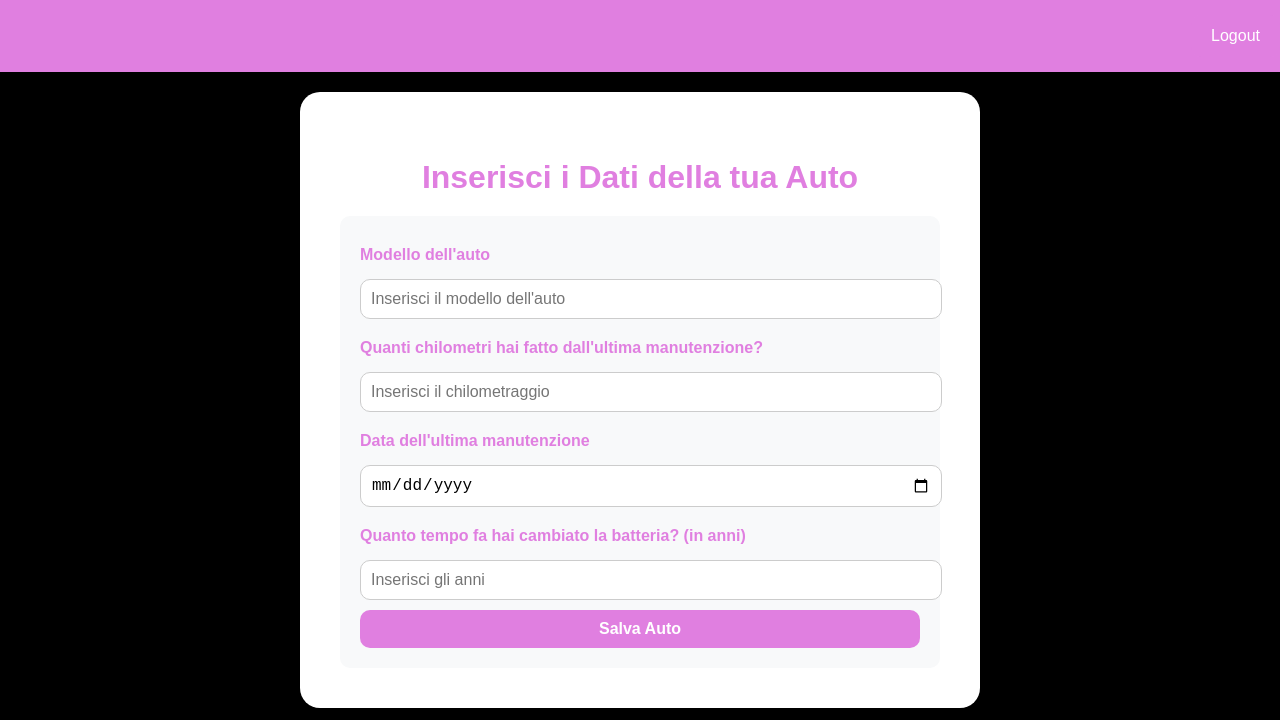
Repository: maxdl98/AppAuto
Page: http://localhost/index
An editor plug-in stored every save of this project. The page is shown before and after the next save, followed by the edit.
The browser window is 1280 px wide. The pictures show the whole page.
The page is this project's Thymeleaf template; nobody is signed in. The template is opened directly, without the code that normally fills it, so the values that code supplies are empty.

Above is the page before, as saved 2025-01-12 22:45:44.
Console error: TypeError: Cannot set properties of null (setting 'innerText')

### AutoApp/src/main/resources/templates/index.html
<!DOCTYPE html>
<html lang="it">

<head>
    <meta charset="UTF-8">
    <meta name="viewport" content="width=device-width, initial-scale=1.0">
    <title>Manutenzione Facile</title>
    <style>
        /* Stile generale */
        body {
            font-family: Arial, sans-serif;
            background-color: #000;
            margin: 0;
            padding: 0;
            display: flex;
            justify-content: center;
            align-items: center;
            height: 100vh;
            flex-direction: column;
            color: #fff;
        }

        /* Top bar */
        .topbar {
            width: 100%;
            background-color: #e07fe0;
            padding: 15px 20px;
            display: flex;
            justify-content: flex-end; /* Aggiustato per far stare a destra il logout */
            align-items: center;
            position: fixed;
            top: 0;
            left: 0;
            z-index: 10;
        }

        .topbar .logout-btn {
            background-color: #e07fe0;
            color: white;
            padding: 12px 20px;
            font-size: 1rem;
            border: none;
            border-radius: 10px;
            cursor: pointer;
            transition: background-color 0.3s;
            position: relative;
    right: 20px;
        }

        .topbar .logout-btn:hover {
            background-color: #c97bcd;
        }

        /* Contenitore principale */
        .container {
            background-color: #fff;
            padding: 40px;
            border-radius: 20px;
            box-shadow: 0 4px 8px rgba(0, 0, 0, 0.1);
            width: 100%;
            max-width: 600px; /* Modificato per essere più largo */
            text-align: center;
            margin-top: 80px;
        }

        .container h2 {
            margin-bottom: 20px;
            font-size: 2rem;
            color: #e07fe0;
        }

        .container p {
            color: #555;
            font-size: 1rem;
            margin-bottom: 30px;
        }

        /* Form di inserimento auto */
        .auto-form {
            text-align: left;
            margin-top: 20px;
            padding: 20px;
            background-color: #f8f9fa;
            border-radius: 10px;
        }

        .auto-form label {
            font-weight: bold;
            color: #e07fe0;
            display: block;
            margin: 10px 0 5px;
        }

        .auto-form input {
            width: 100%;
            padding: 10px;
            margin: 10px 0;
            border: 1px solid #ccc;
            border-radius: 10px;
            font-size: 1rem;
        }

        .auto-form button {
            width: 100%;
            padding: 10px;
            background-color: #e07fe0;
            border: none;
            border-radius: 10px;
            color: white;
            font-size: 1rem;
            font-weight: bold;
            cursor: pointer;
        }

        .auto-form button:hover {
            background-color: #c97bcd;
        }
    </style>
</head>

<body>
    <!-- Top bar -->
    <div class="topbar">
        <button id="logoutBtn" class="logout-btn">Logout</button>
    </div>

    <!-- Form per raccogliere i dati dell'auto -->
    <div class="container">
        <h2>Inserisci i Dati della tua Auto</h2>

        <div class="auto-form">
            <label for="model">Modello dell'auto</label>
            <input type="text" id="model" placeholder="Inserisci il modello dell'auto">

            <label for="mileage">Quanti chilometri hai fatto dall'ultima manutenzione?</label>
            <input type="number" id="mileage" placeholder="Inserisci il chilometraggio">

            <label for="maintenanceDate">Data dell'ultima manutenzione</label>
            <input type="date" id="maintenanceDate">

            <label for="batteryDuration">Quanto tempo fa hai cambiato la batteria? (in anni)</label>
            <input type="number" id="batteryDuration" placeholder="Inserisci gli anni">

            <button id="saveCarBtn">Salva Auto</button>
        </div>
    </div>

    <script>
        // Funzione per salvare i dati dell'auto
        document.getElementById('saveCarBtn').addEventListener('click', function () {
            const model = document.getElementById('model').value;
            const mileage = document.getElementById('mileage').value;
            const maintenanceDate = document.getElementById('maintenanceDate').value;
            const batteryDuration = document.getElementById('batteryDuration').value;

            if (!model || !mileage || !maintenanceDate || !batteryDuration) {
                alert("Per favore, compila tutti i campi.");
                return;
            }

            const userId = localStorage.getItem("userId");

            if (!userId) {
                alert("Devi essere loggato per salvare l'auto.");
                return;
            }

            fetch('http://localhost:8080/api/v1/automob', {
                method: 'POST',
                headers: { 'Content-Type': 'application/json' },
                body: JSON.stringify({
                    km_totali: mileage,
                    modello: model,
                    duratabatt: batteryDuration,
                    data: maintenanceDate,
                    utente: { id: userId }
                })
            })
                .then(response => response.json())
                .then(data => {
                    alert("Auto salvata con successo!");
                    const carId = data.id_auto;

                    return fetch('http://localhost:8080/api/v1/idauto/cambiobatt', {
                        method: 'PUT',
                        headers: { 'Content-Type': 'application/json' },
                        body: JSON.stringify({
                            id_auto: carId,
                            modello: model,
                            km_totali: mileage,
                            duratabatt: batteryDuration,
                            data: maintenanceDate,
                            utente: { id: userId }
                        })
                    });
                })
                .then(response => {
                    if (!response.ok) {
                        console.warn("Errore silenzioso durante l'associazione della manutenzione.");
                        console.error('Errore di rete:', response.statusText);
                    } else {
                        console.log("Manutenzione associata con successo.");
                    }
                })
                .catch(error => {
                    console.error("Errore non gestito:", error);
                });
        });

        // Logout
        document.getElementById('logoutBtn').addEventListener('click', () => {
            localStorage.removeItem("userId");
            window.location.href = 'Login.html';
        });

        // Carica l'email utente
        window.onload = function () {
            const userEmail = localStorage.getItem("userEmail");
            document.getElementById('userEmail').innerText = userEmail || "Email non trovata.";
        };
    </script>
</body>

</html>

After the next save:
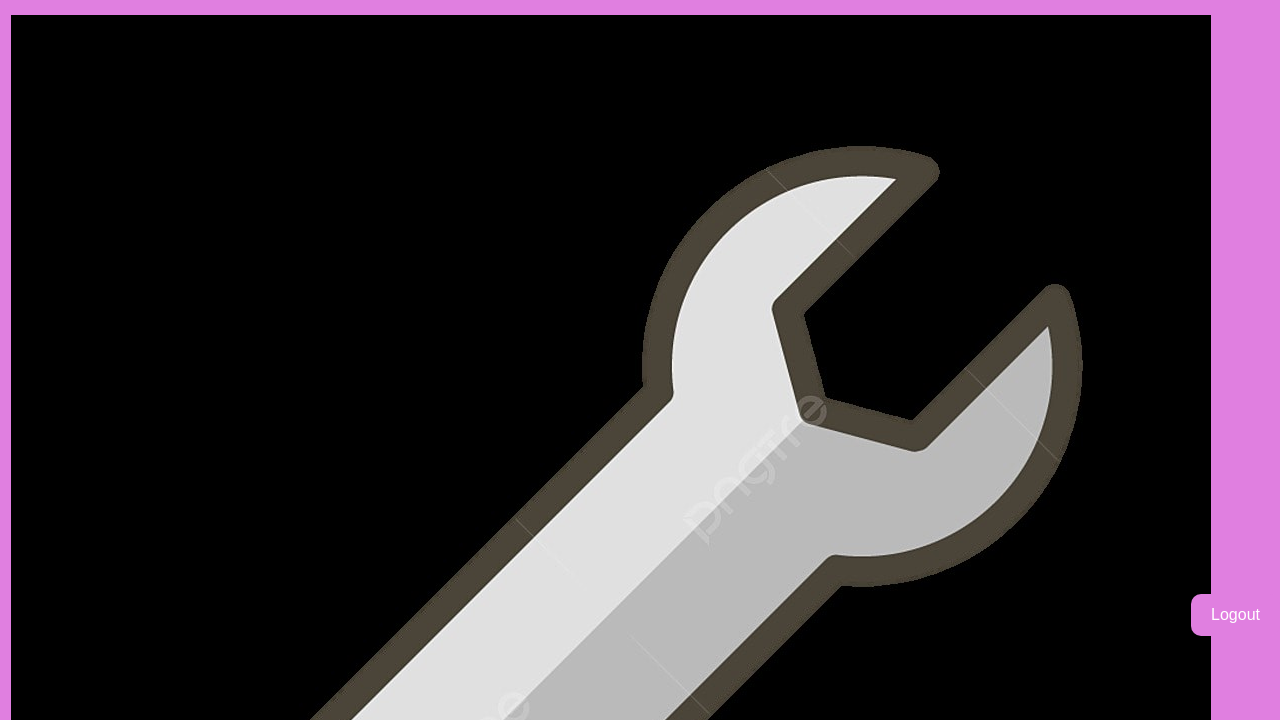
Saved 18 min 53 s later.
--- a/AutoApp/src/main/resources/templates/index.html
+++ b/AutoApp/src/main/resources/templates/index.html
@@ -121,6 +121,7 @@
 <body>
     <!-- Top bar -->
     <div class="topbar">
+    <img src="/images/chiave.jpg" alt="chiave" class="foto1" />
         <button id="logoutBtn" class="logout-btn">Logout</button>
     </div>
 

After the save that followed:
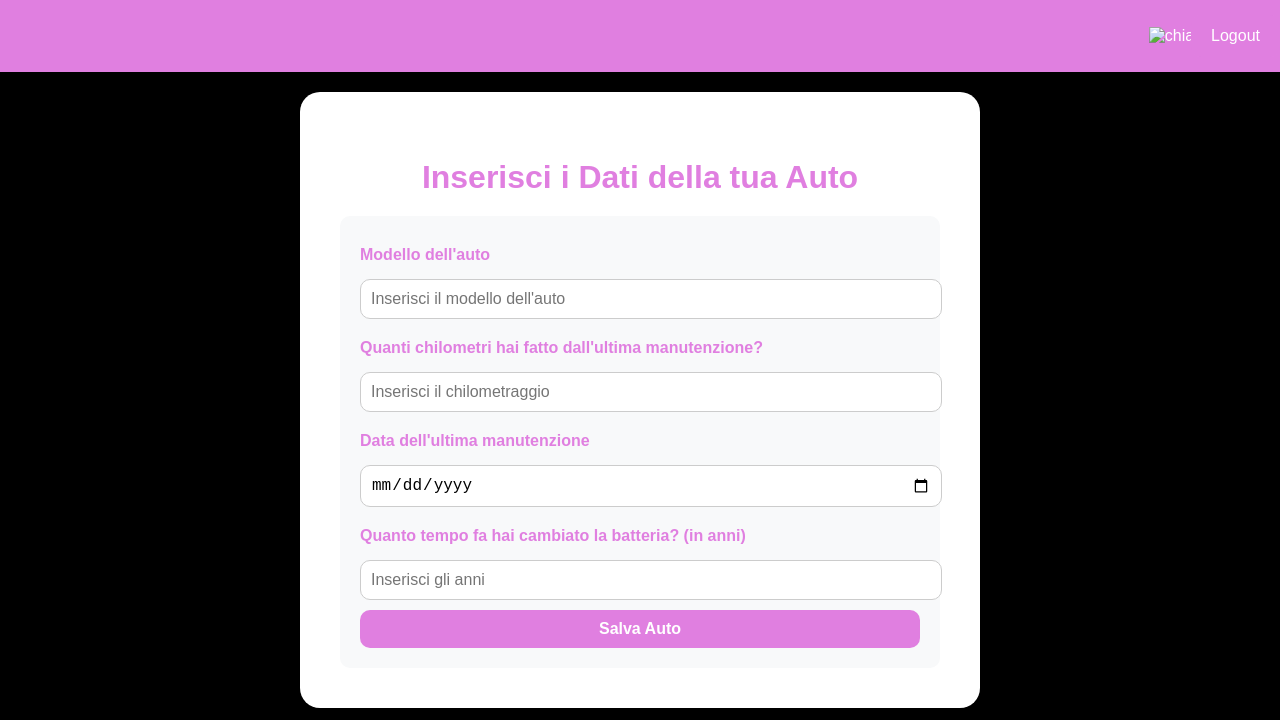
Not found: AutoApp/static/images/chiave.jpg
Saved 74 s later.
--- a/AutoApp/src/main/resources/templates/index.html
+++ b/AutoApp/src/main/resources/templates/index.html
@@ -121,7 +121,7 @@
 <body>
     <!-- Top bar -->
     <div class="topbar">
-    <img src="/images/chiave.jpg" alt="chiave" class="foto1" />
+    <img src="/static/images/chiave.jpg" alt="chiave" class="foto1" />
         <button id="logoutBtn" class="logout-btn">Logout</button>
     </div>
 
